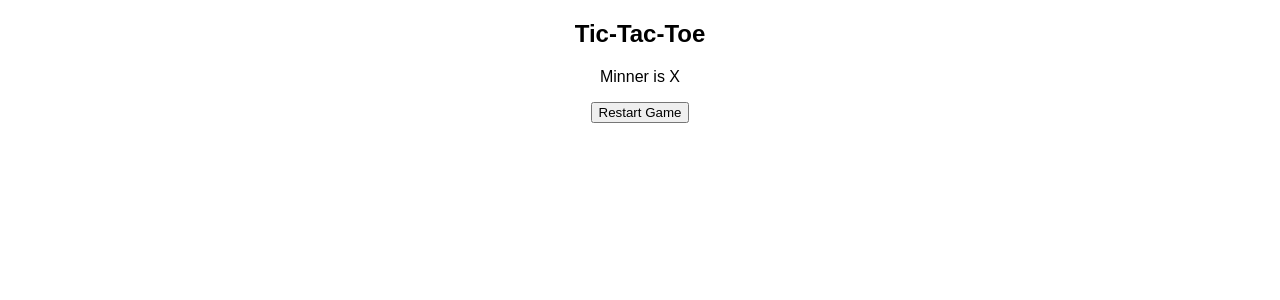
Repository: sedashahnazaryan/tic-tac-too
Page: index.html
The author's editor kept a copy of each file at every save. The page is drawn from the files as they stood at one save, then again after a run of saves.
The browser window is 1280 px wide. The pictures show the whole page.

Above is the page before, as saved 2022-01-31 17:40:14.

### index.html
<!DOCTYPE html>
<html lang="en">
<head>
    <meta charset="UTF-8">
    <meta http-equiv="X-UA-Compatible" content="IE=edge">
    <meta name="viewport" content="width=device-width, initial-scale=1.0">
    <link rel="stylesheet" href="./index.css">
<title><Tic-Tac-Toe></title>

</head>
<body>
    <section>
        <h1>Tic-Tac-Toe</h1>

    <div class="game-container">
        <div class="wrapper">
        <div class="ceil-index-0"></div>
        <div class="ceil-index-1"></div>
        <div class="ceil-index-2"></div>
        <div class="ceil-index-3"></div>
        <div class="ceil-index-4"></div>
        <div class="ceil-index-5"></div>
     </div>
    </div>
    <p class="message">Minner is X</p>
    <button>Restart Game</button>
</section>
    <script src="index.js"></script>
</body>
</html>

### index.css
body {
    font-family: "Arial", sans-serif;
  }
section{
  text-align: center;

}
.game-contanier{
margin-top: 10px ;
display:grid;
grid-template-columns:repeat (3, auto);
width: 300px;
margin: 50px auto;
align-items: center;
justify-content: center;

}

    .ceil {
        font-family: "Permanent Marker", cursive;
        width: 100px;
        height: 100px;
        box-shadow: 0 0 0 1px #333333;
        border: 1px solid #333333;
        cursor: pointer;
        line-height: 100px;
        font-size: 60px;
      }

Loaded but not shown: index.js (no copy from this time; the picture is the same without it)

After the next 2 saves:
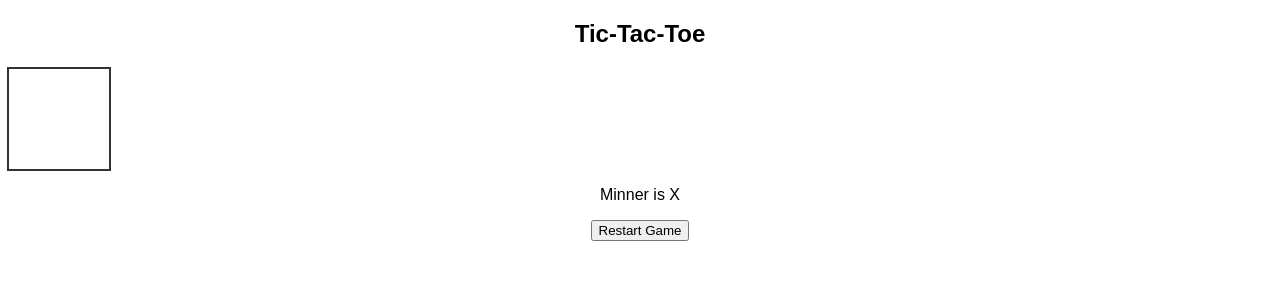
The 2 saves are shown as one change because they came seconds apart.
The last was saved 67 s later.
--- a/index.html
+++ b/index.html
@@ -14,7 +14,7 @@
 
     <div class="game-container">
         <div class="wrapper">
-        <div class="ceil-index-0"></div>
+        <div class="ceil ceil-index-0"></div>
         <div class="ceil-index-1"></div>
         <div class="ceil-index-2"></div>
         <div class="ceil-index-3"></div>
